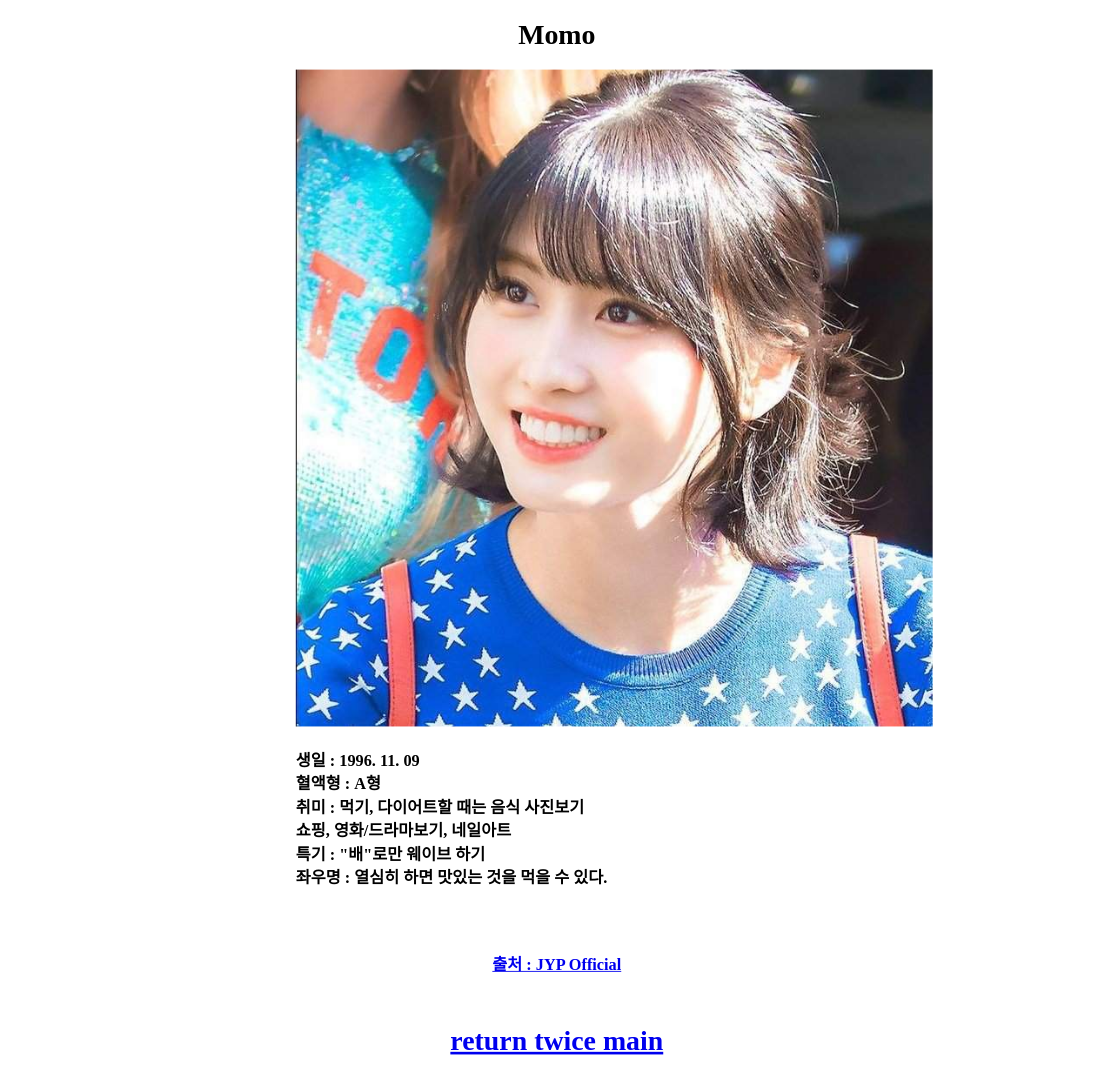
Repository: lbj0314/webTest
Page: Html_2/WebContent/media/momo.html
The author's editor kept a copy of each file at every save. The page is drawn from the files as they stood at one save, then again after the next save.
The browser window is 1280 px wide. The pictures show the whole page, at 87% of full size.

Above is the page before, as saved 2019-10-15 02:53:45.

### Html_2/WebContent/media/momo.html
<!DOCTYPE html>
<html>
<head>
<meta charset="UTF-8">
<title>Momo</title>
</head>
<body style="margin: 0 auto; width: 600px;">
<h1 align="center">Momo</h1>
<p align="center">
<img src="/Html_2/imgs/momo2.jpg">


<div>
<h3>
생일 : 1996. 11. 09 <br>
혈액형 : A형<br>
취미 : 먹기, 다이어트할 때는 음식 사진보기<br>
	   쇼핑, 영화/드라마보기, 네일아트<br>
특기 : "배"로만 웨이브 하기<br>
좌우명 : 열심히 하면 맛있는 것을 먹을 수 있다.</h3></div><br><br>
<h3 align="center">
<a href="https://twice.jype.com/images/profile/large/3.jpg">출처 : JYP Official</a></h3><br>
</p>
	<h1 align="center"><a href="/Html_2/media/twice.html">return twice main</a></h1>
</body>
</html>

After the next save:
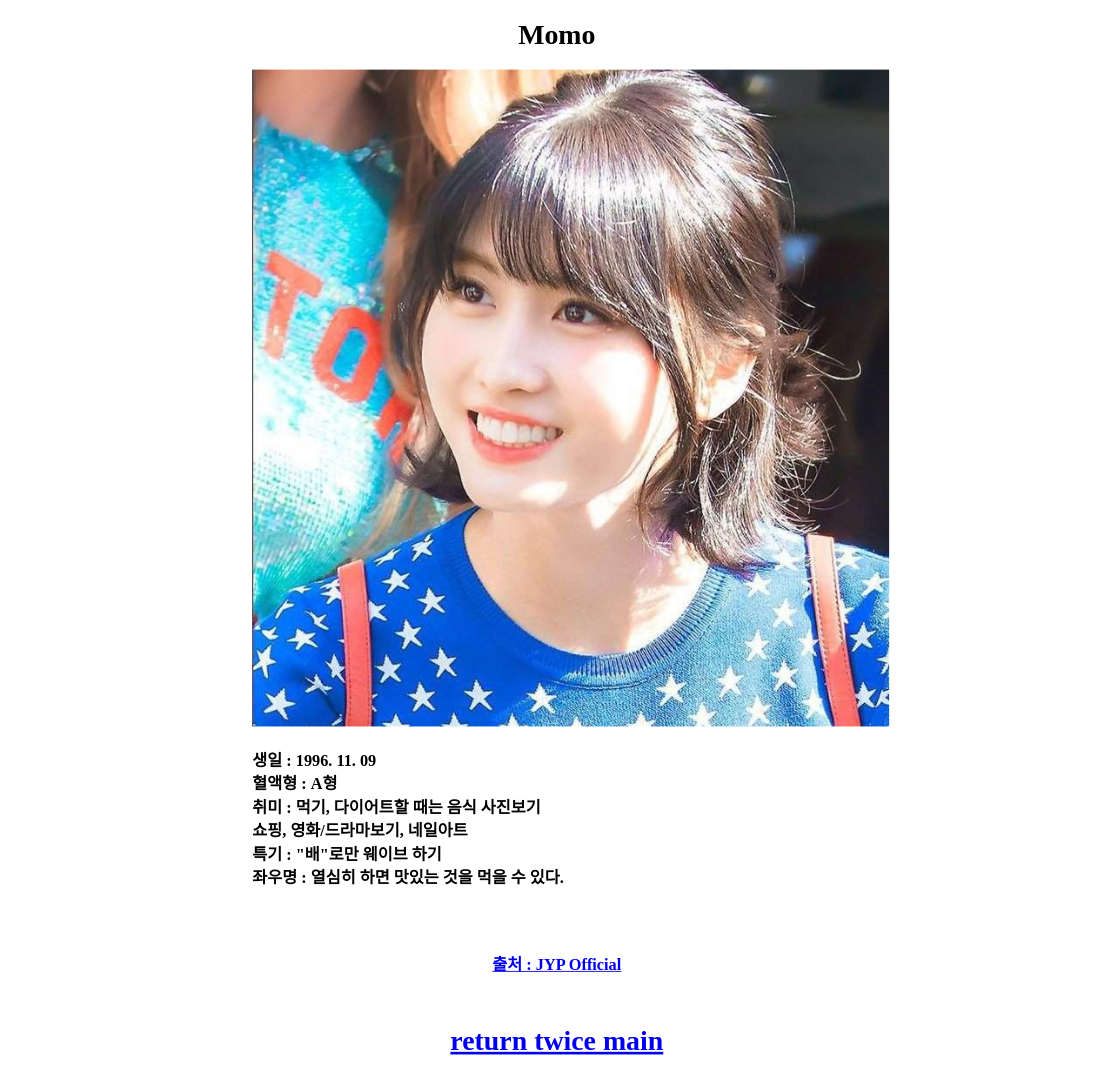
Saved 9 s later.
--- a/Html_2/WebContent/media/momo.html
+++ b/Html_2/WebContent/media/momo.html
@@ -4,7 +4,7 @@
 <meta charset="UTF-8">
 <title>Momo</title>
 </head>
-<body style="margin: 0 auto; width: 600px;">
+<body style="margin: 0 auto; width: 700px;">
 <h1 align="center">Momo</h1>
 <p align="center">
 <img src="/Html_2/imgs/momo2.jpg">
